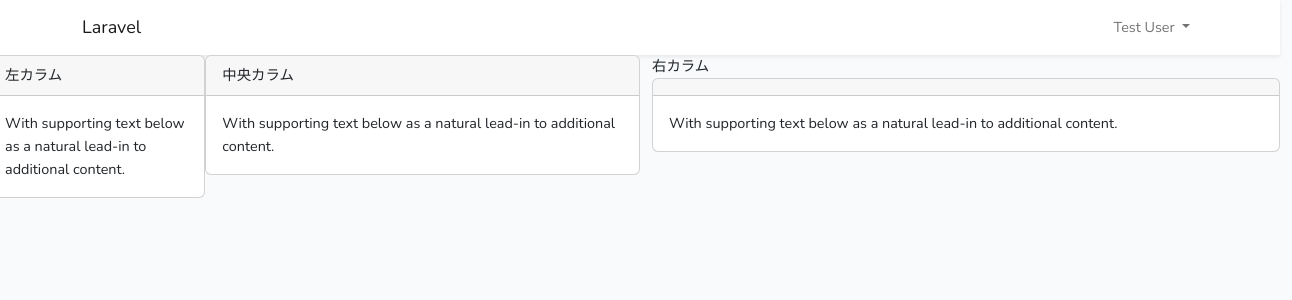
Repository: OkunoTaichi/laravel-simple-memo
Page: http://localhost/home
An editor plug-in stored every save of this project. The page is shown before and after the next save, followed by the edit.
The browser window is 1280 px wide. The page is 1292 px wide, so the pictures cover 1292 px, including what lies to the right of the window. The pictures show the whole page.
The page is served by the project's Laravel application, run on PHP 8.4 with Laravel 8. A made-up administrator, Test User (test@example.com), is signed in. Queries for data that is not in the repository find no rows.

Above is the page before, as saved 2022-11-09 19:06:38.

After the next save:
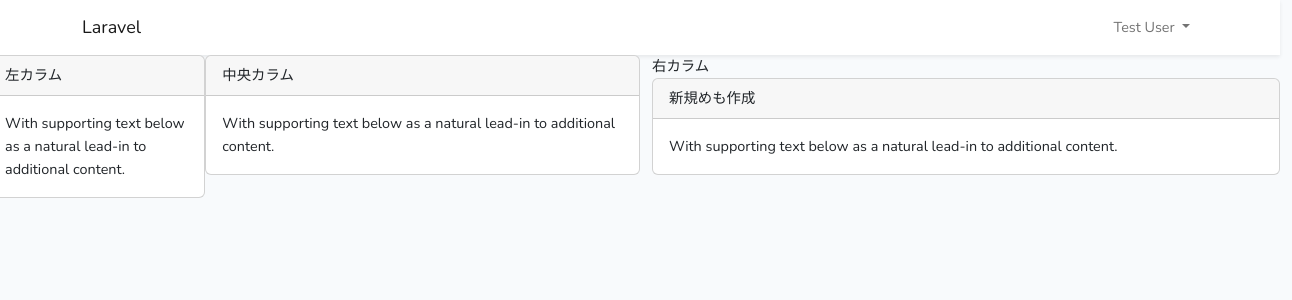
Saved 5 s later.
--- a/resources/views/create.blade.php
+++ b/resources/views/create.blade.php
@@ -2,7 +2,7 @@
 
 @section('content')
 <div class="card">
-    <div class="card-header"></div>
+    <div class="card-header">新規めも作成</div>
     <div class="card-body">
         <p class="card-text">With supporting text below as a natural lead-in to additional content.</p>
     </div>
